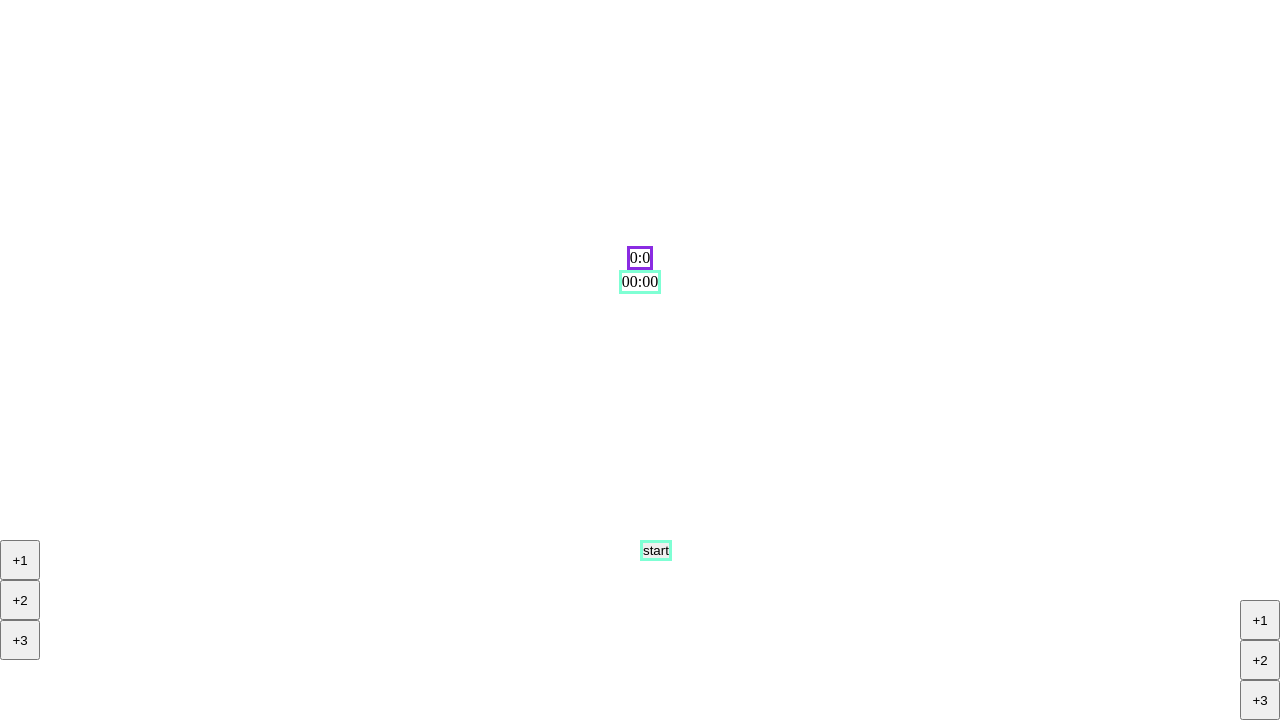
Repository: bollo89/scoreBoard
Page: index.html
An editor plug-in stored every save of this project. The page is shown before and after the next save, followed by the edit.
The browser window is 1280 px wide. The pictures show the whole page.

Above is the page before, as saved 2022-01-25 11:44:16.
Console error: TypeError: Cannot set properties of null (setting 'innerHTML')

After the next save:
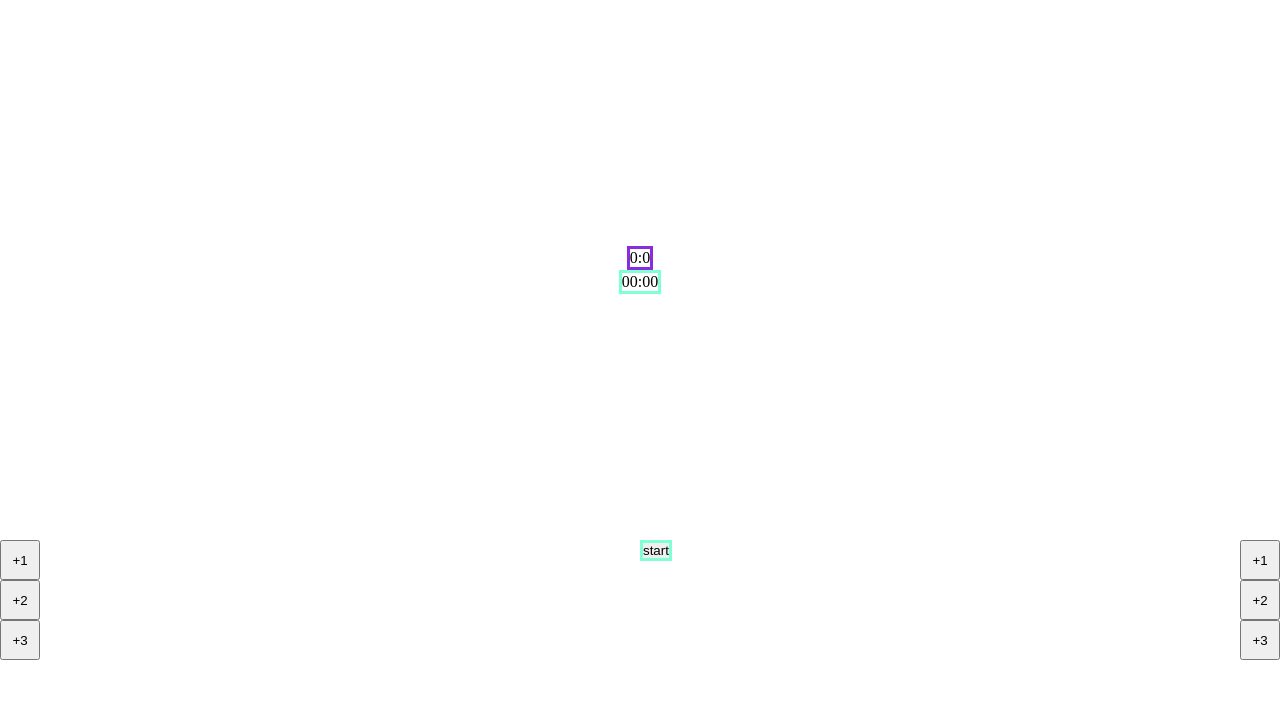
Saved 11 s later.
--- a/style.css
+++ b/style.css
@@ -31,14 +31,14 @@
 .btnsH {
     display: flex;
     flex-direction: column;
-    justify-content: flex-start;
-    /* align-items: flex-start; */
+    /* justify-content: flex-start; */
+    align-items: flex-start;
 }
 .btnsA {
     display: flex;
     flex-direction: column;
-    justify-content: flex-end;
-    /* align-items: flex-end; */
+    /* justify-content: flex-end; */
+    align-items: flex-end;
 }
 .btn1h, .btn2h, .btn3h, .btn1a , .btn2a, .btn3a {
     height: 3em;
